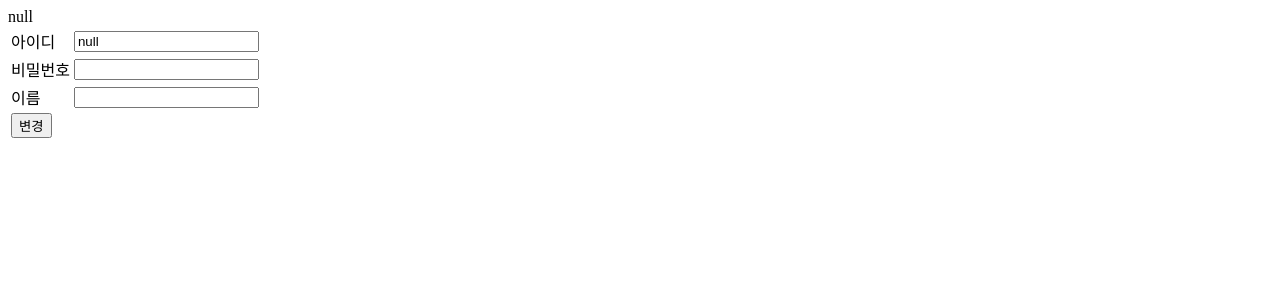
Repository: khs220507/WebClass
Page: http://localhost/prj0829/updateForm.jsp
An editor plug-in stored every save of this project. The page is shown before and after the next save, followed by the edit.
The browser window is 1280 px wide. The pictures show the whole page.
The page is served by Tomcat 9. Queries for data that is not in the repository find no rows.

Above is the page before, as saved 2023-08-29 05:16:40.

After the next save:
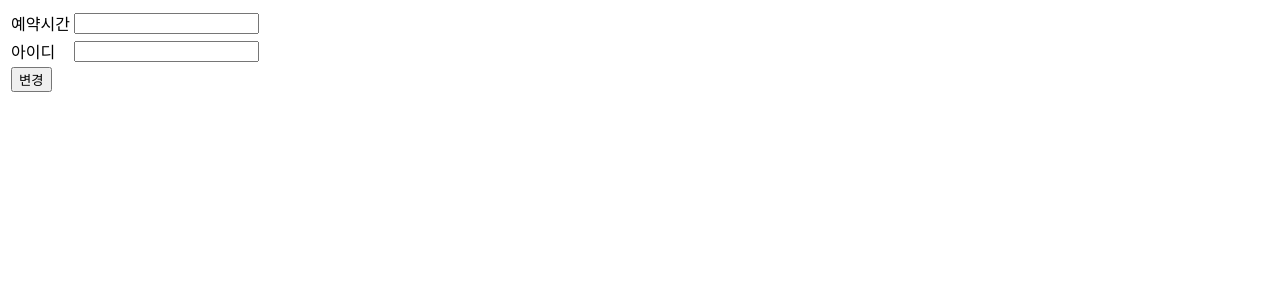
Saved 4 s later.
--- a/prj0829/src/main/webapp/updateForm.jsp
+++ b/prj0829/src/main/webapp/updateForm.jsp
@@ -1,11 +1,11 @@
 <%@ page language="java" contentType="text/html; charset=UTF-8"
 	pageEncoding="UTF-8"%>
-<%@  page import="java.sql.*" %>
+<%@  page import="java.sql.*"%>
 
 
 <%
 String userid = request.getParameter("userid");
-out.println(userid);
+// out.println(userid);
 %>
 
 <!DOCTYPE html>
@@ -16,7 +16,7 @@ out.println(userid);
 </head>
 <body>
 
-<%
+	<%
 
 String userpw="";
 String username="";
@@ -60,28 +60,26 @@ finally{ //자원의 반납
 	<form name="frm" action="update_action.jsp" method="post">
 		<table>
 			<tr>
+				<td>예약시간</td>
+				<td><input type="text" name="userid"></td>
+			</tr>
+			<tr>
 				<td>아이디</td>
 				<td><input type="text" readonly="readonly" name="userid"></td>
-			</tr>			<tr>
-				<td>비밀번호</td>
-				<td><input type="text" name="userpw"></td>
 			</tr>
-			<tr>
-				<td>이름</td>
-				<td><input type="text" name="username"></td>
-			</tr>
+
 			<tr>
 
 				<td><input type="submit" value="변경"></td>
 			</tr>
 		</table>
 	</form>
-<script>
+	<script>
+
 let frm = document.frm;
 alert(frm);
 frm.userid.value="<%=userid%>";
-frm.userpw.value="<%=userpw%>";
-frm.username.value="<%=username%>";
+
 </script>
 </body>
 </html>
